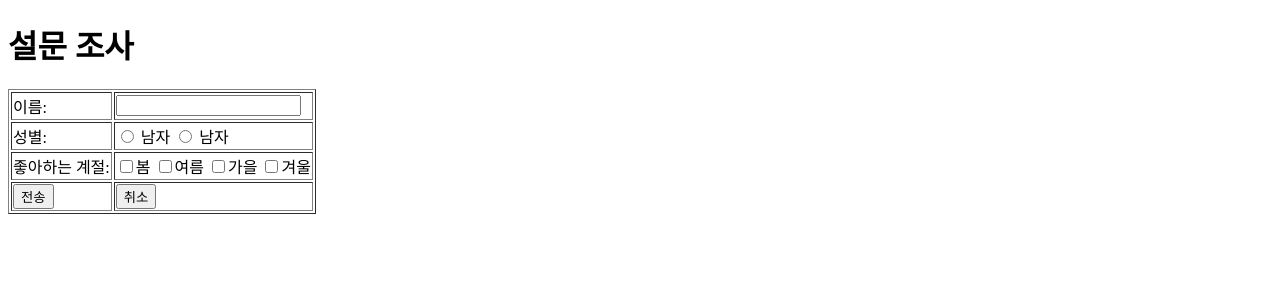
Repository: hangilyon/allJSPStudy
Page: http://localhost/jsp02/quiz02.jsp
An editor plug-in stored every save of this project. The page is shown before and after the next save, followed by the edit.
The browser window is 1280 px wide. The pictures show the whole page.
The page is served by Tomcat 9.

Above is the page before, as saved 2021-10-20 09:17:49.

After the next save:
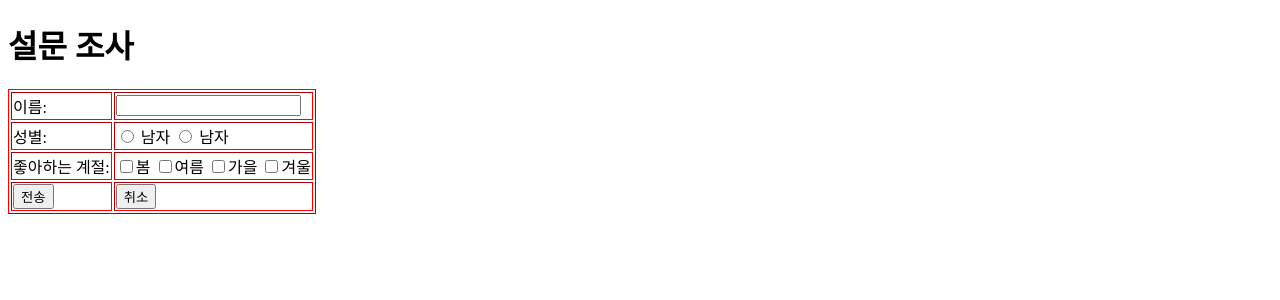
Saved 26 s later.
--- a/jsp02/src/main/webapp/quiz02.jsp
+++ b/jsp02/src/main/webapp/quiz02.jsp
@@ -5,6 +5,11 @@
 <head>
 <meta charset="UTF-8">
 <title>quiz02</title>
+<style type="text/css">
+	table{
+		border-color: red;
+	}
+</style>
 </head>
 <body>
 	<h1>설문 조사</h1>

After the save that followed:
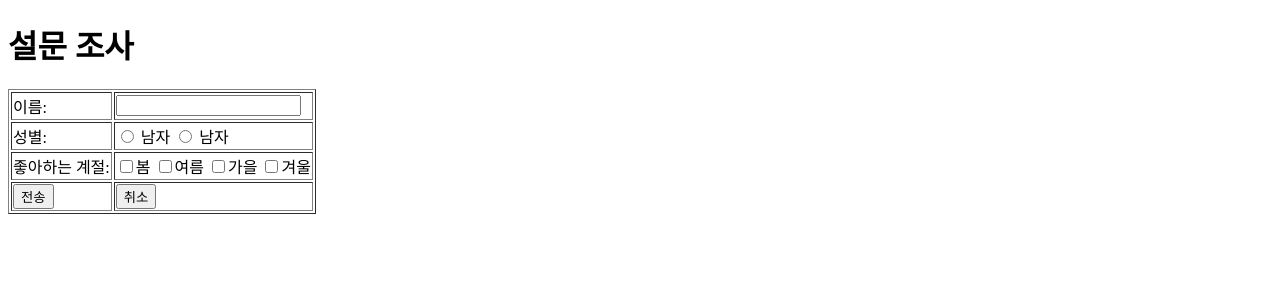
Saved 10 s later.
--- a/jsp02/src/main/webapp/quiz02.jsp
+++ b/jsp02/src/main/webapp/quiz02.jsp
@@ -6,7 +6,7 @@
 <meta charset="UTF-8">
 <title>quiz02</title>
 <style type="text/css">
-	table{
+	form{
 		border-color: red;
 	}
 </style>
